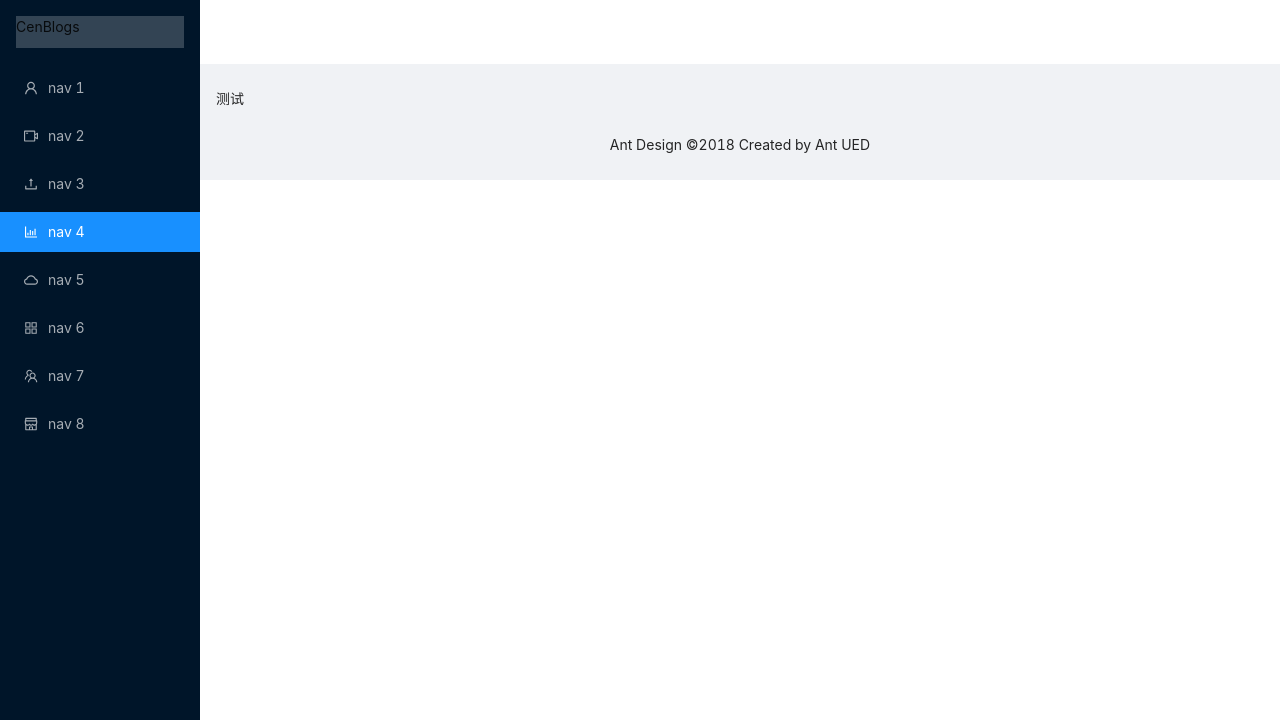
Repository: CBH20010703/BlogsAntd
Page: /
The author's editor kept a copy of each file at every save. The page is drawn from the files as they stood at one save, then again after the next save.
The browser window is 1280 px wide. The pictures show the whole page.
The project was rebuilt for these pictures with package versions that can differ from the ones it lists, and the page was loaded fresh each time. Also part of the build but not shown: src/view/Home/Home.css, src/view/404/Error.jsx.

Above is the page before, as saved 2021-06-20 22:31:50.

After the next save:
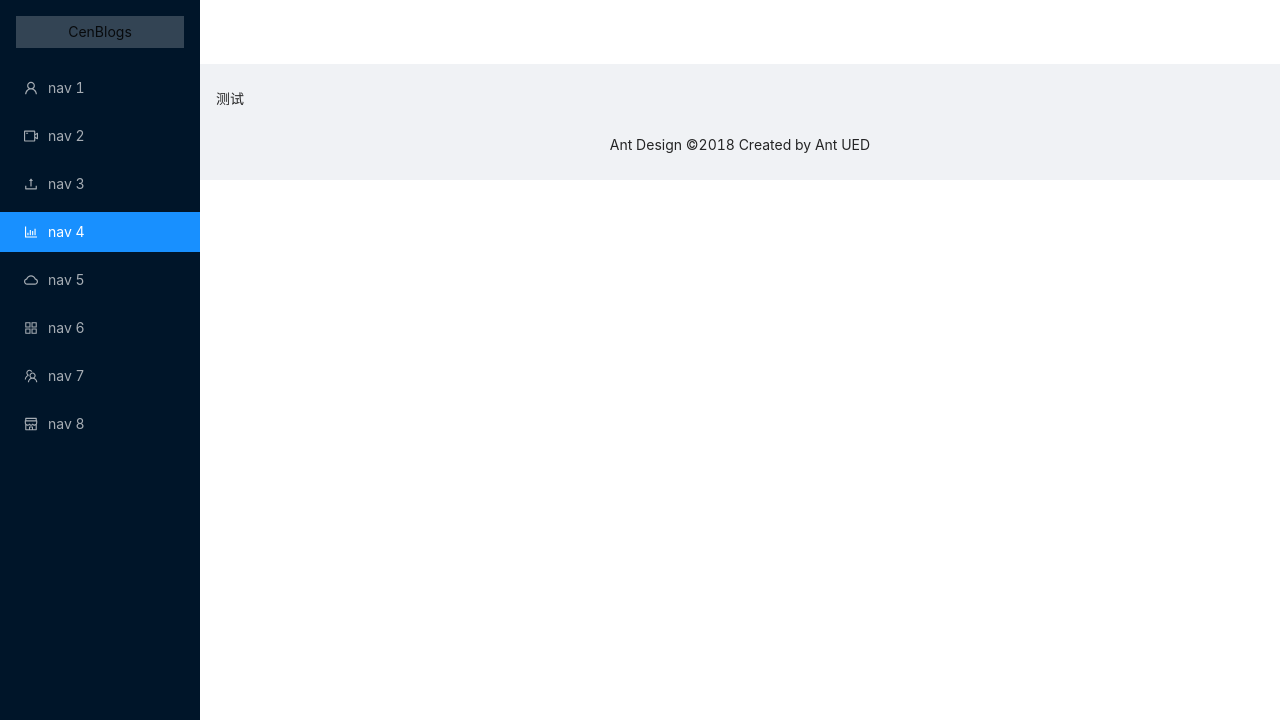
Saved 17 s later.
--- a/src/App.css
+++ b/src/App.css
@@ -3,6 +3,8 @@
   height: 32px;
   margin: 16px;
   background: rgba(255, 255, 255, 0.2);
+  text-align: center;
+  line-height: 32px;
 }
 
 .site-layout .site-layout-background {
